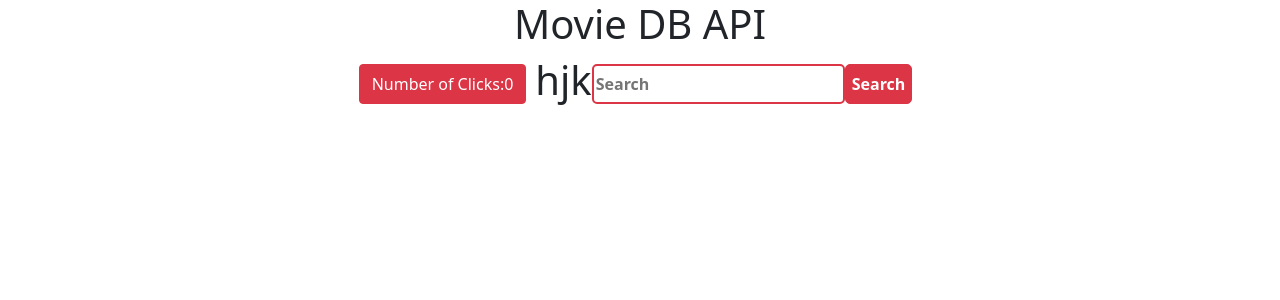
Repository: chaampavictor/moviedbapi
Page: /
The author's editor kept a copy of each file at every save. The page is drawn from the files as they stood at one save, then again after the next save.
The browser window is 1280 px wide. The pictures show the whole page.
The page's requests for data from a server got no answer. The project was rebuilt for these pictures with package versions that can differ from the ones it lists, and the page was loaded fresh each time. No one was signed in, and anything a server would have sent is missing. Also part of the build but not shown: src/components/details.js.

Above is the page before, as saved 2022-01-13 20:54:09.

### src/App.js
import React, { useEffect, useState } from "react";
import axios from "axios";
import "./App.css";
import "bootstrap/dist/css/bootstrap.min.css";
import Modal from "react-bootstrap/Modal";

import Button from "react-bootstrap/Button";
import Searchform from "./components/searchform.js";
import Filterbutton from "./components/filterbutton";

import Details from "./components/details";
import { useCallback } from "react";
const api_key = "872c70d736d1ef4484522f734137927d";
const BASE_URL = "https://api.themoviedb.org/3";
const getImage = (path) => `https://image.tmdb.org/t/p/w300/${path}`;

function App() {
  const [data, setData] = useState([]);
  const [details, setDetails] = useState([]);
  const [show, setShow] = useState(false);
  const [count, setCount] = useState(0);
  const handleClose = () => setShow(false);

  const api = axios.create({ baseURL: BASE_URL });

  const getUpcoming = api.get("/movie/popular", { params: { api_key } });

  useEffect(() => {
    getUpcoming.then((res) => {
      setData(res.data.results);
    });
  }, []);

  const GetMostPopular = () => {
    setCount(count + 1);

    const toprated = api.get("/movie/popular", { params: { api_key } });
    toprated.then((res) => {
      console.log("get popular", res.data.results);
      setData(res.data.results);
    });
  };

  const GetTopRated = (res) => {
    setCount(count + 1);

    const toprated = api.get("/movie/top_rated", { params: { api_key } });
    toprated.then((res) => {
      console.log("get top rated", res.data.results);
      setData(res.data.results);
    });
  };

  const GetList = () => {
    setCount(count + 1);
    const name = "now_playing";
    const latest = api.get(`movie/${name}`, { params: { api_key } });
    latest.then((res) => {
      console.log("now_playing movies", res.data);
      setData(res.data.results);
    });
  };

  const GetUpcoming = () => {
    setCount(count + 1);

    const latest = api.get("movie/upcoming", { params: { api_key } });
    latest.then((res) => {
      console.log("latest movies", res.data);
      setData(res.data.results);
    });
  };

  const searchMovie = (name) => {
    setCount(count + 1);

    console.log(name);
    const query = name;
    const latest = api.get("search/movie", { params: { api_key, query } });
    latest.then((res) => {
      setData(res.data.results);
    });
  };

  return (
    <div className="App">
      <h1 style={{ textAlign: "center" }}>Movie DB API</h1>
      <header>
        <div
          style={{
            display: "flex",
            justifyContent: "center",
            alignItems: "center",
            marginBottom: "12px",
          }}
        >
          {/**/}
          <Button variant="danger" className="filterbutton">
            Number of Clicks:{count}
          </Button>
          <Filterbutton />

          <Searchform handleSubmit={searchMovie} />
        </div>
        <Modal
          dialogClassName="modal-90w"
          aria-labelledby="example-custom-modal-styling-title"
          centered
          show={show}
          onHide={handleClose}
          animation={true}
        >
          <Details data={details} />
        </Modal>
        <div
          className="explore-card-columns  container-fluid"
          style={{ marginBottom: "100px" }}
        >
          {data.map((movie) => (
            <div className="item">
              <div class="hover01 column">
                <div>
                  <figure>
                    <img
                      onClick={() => {
                        setShow(true);
                        setDetails(movie);
                        setCount(count + 1);
                      }}
                      src={getImage(movie.poster_path)}
                      alt="poster"
                      className="image-item"
                    />
                  </figure>
                </div>
              </div>
            </div>
          ))}
        </div>
      </header>
    </div>
  );
}

export default App;

### src/App.css
.explore-nav {
  padding-top: 30px;
}

.item {
  margin-bottom: 15px;
}

.image-item:hover {
  opacity: 0.5;
}

.container {
  position: relative;
  width: 50%;
}

.modalcontainer {
  background-color: red;
  position: relative;
  font-family: Arial;
}

.submitbutton {
  height: 40px;
  margin-right: 9px;
  background: #dc3545;
  border: #dc3545 1px solid;
  border-radius: 5px;
  color: white;
  font-weight: bolder;
}

.searchbutton {
  border: 2px solid #dc3545;

  height: 40px;
  /* margin-right: 9px; */

  border-radius: 5px;

  font-weight: bolder;
}

.text-block {
  position: absolute;
  bottom: 260px;
  height: 210px;
  /* right: 150px; */
  /* background-color: #000000db; */
  color: white;
  padding-left: 20px;
  padding-right: 20px;
}

.image-item {
  opacity: 1;
  display: block;
  width: 100%;
  height: auto;
  transition: 0.5s ease;
  backface-visibility: hidden;
  border-radius: 52px;
  cursor: pointer;
}

.container:hover .image {
  opacity: 0.3;
}

.container:hover .middle {
  opacity: 1;
}

.text {
  background-color: red;
  color: white;
  font-size: 16px;
  padding: 16px 32px;
}

.modal-header {
  display: flex;
  flex-shrink: 0;
  align-items: center;
  justify-content: space-between;
  padding: 1rem 1rem;
  border-bottom: none !important;
  border-top-left-radius: calc(0.3rem - 1px);
  border-top-right-radius: calc(0.3rem - 1px);
}

.filterbutton {
  height: 40px;
  margin-right: 9px;
  background: red;
  border: red 1px solid;
  border-radius: 5px;
  color: white;
  font-weight: bolder;
}

.figure {
  width: 200px;
  height: 150px;
  margin: 0;
  padding: 0;
  background: #fff;
  overflow: hidden;
}
.figure:hover + span {
  bottom: -36px;
  opacity: 1;
}

/* Zoom In #1 */
.hover01 figure img {
  -webkit-transform: scale(0.9);
  transform: scale(1);
  -webkit-transition: 0.3s ease-in-out;
  transition: 0.3s ease-in-out;
}
.hover01 figure:hover img {
  -webkit-transform: scale(1);
  transform: scale(1.04);
}

.explore-body .card-body:hover {
  /* color: #30adb4; */
  background: "#32c709";
}

.card {
  border: 0px solid rgba(0, 0, 0, 0.125) !important;
}

.user-reaction div {
  padding-right: 20px;
}

.explore-card-columns .card {
  margin-bottom: 0.79rem;
}
@media screen and (min-width: 992px) {
  .explore-card-columns {
    -webkit-column-count: 4;
    -moz-column-count: 4;
    column-count: 4;
    -webkit-column-gap: 1.25rem;
    -moz-column-gap: 1.25rem;
    column-gap: 1.25rem;
  }
  .explore-card-columns .card {
    display: inline-block;
    width: 100%;
  }
}
@media screen and (max-width: 992px) {
  .explore-card-columns {
    -webkit-column-count: 2;
    -moz-column-count: 2;
    column-count: 2;
  }
}
@media screen and (max-width: 600px) {
  .explore-card-columns {
    -webkit-column-count: 1;
    -moz-column-count: 1;
    column-count: 1;
  }
}

### src/components/searchform.js
import React from "react";

import { useCallback, useState } from "react";

export default function Searchform({ handleSubmit, data }) {
  const [name, setName] = useState("");

  return (
    <div>
      <label>
        <input
          type="text"
          value={name}
          onChange={(e) => setName(e.target.value)}
          placeholder="Search "
          className="searchbutton"
        />
      </label>
      <input
        onClick={() => handleSubmit(name)}
        type="submit"
        value="Search"
        className="submitbutton"
      />
    </div>
  );
}

### src/components/filterbutton.js
import React from "react";

import { useCallback, useState } from "react";

export default function Filterbutton({ handleSubmit }) {
  return (
    <div>
      <h1>hjk</h1>
    </div>
  );
}

Loaded but not shown: public/index.html (common file); src/index.js (common file); src/index.css (common file); src/reportWebVitals.js (common file)

After the next save:
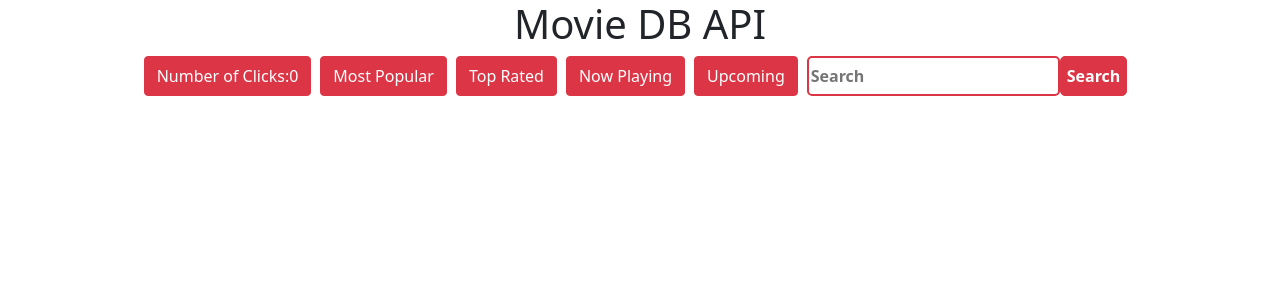
Saved 53 s later.
--- a/src/components/filterbutton.js
+++ b/src/components/filterbutton.js
@@ -1,11 +1,34 @@
 import React from "react";
 
 import { useCallback, useState } from "react";
+import Button from "react-bootstrap/Button";
 
-export default function Filterbutton({ handleSubmit }) {
+export default function Filterbutton({
+  GetMostPopular,
+  GetTopRated,
+  PlayingNow,
+  GetUpcoming,
+}) {
   return (
-    <div>
-      <h1>hjk</h1>
-    </div>
+    <>
+      <Button
+        variant="danger"
+        className="filterbutton"
+        onClick={GetMostPopular}
+      >
+        Most Popular
+      </Button>
+      <Button variant="danger" className="filterbutton" onClick={GetTopRated}>
+        Top Rated
+      </Button>
+      <Button variant="danger" className="filterbutton" onClick={PlayingNow}>
+        {" "}
+        Now Playing
+      </Button>
+      <Button variant="danger" className="filterbutton" onClick={GetUpcoming}>
+        {" "}
+        Upcoming
+      </Button>
+    </>
   );
 }
